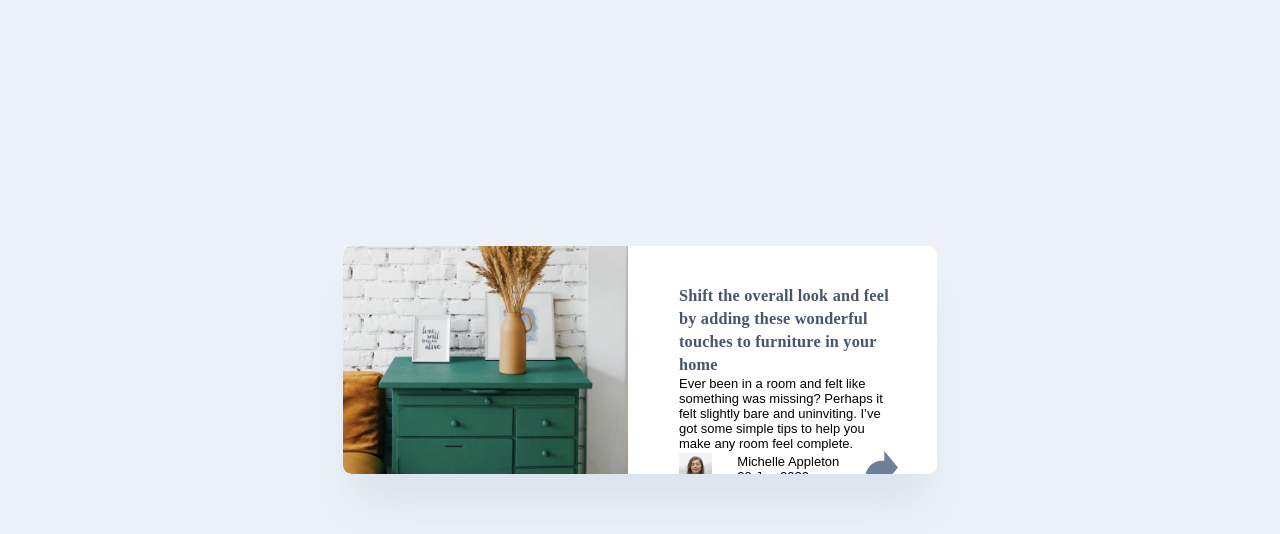
Repository: brandontaylor1/article-preview-component
Page: index.html
An editor plug-in stored every save of this project. The page is shown before and after the next save, followed by the edit.
The browser window is 1280 px wide. The pictures show the whole page.

Above is the page before, as saved 2025-01-13 21:48:40.

After the next save:
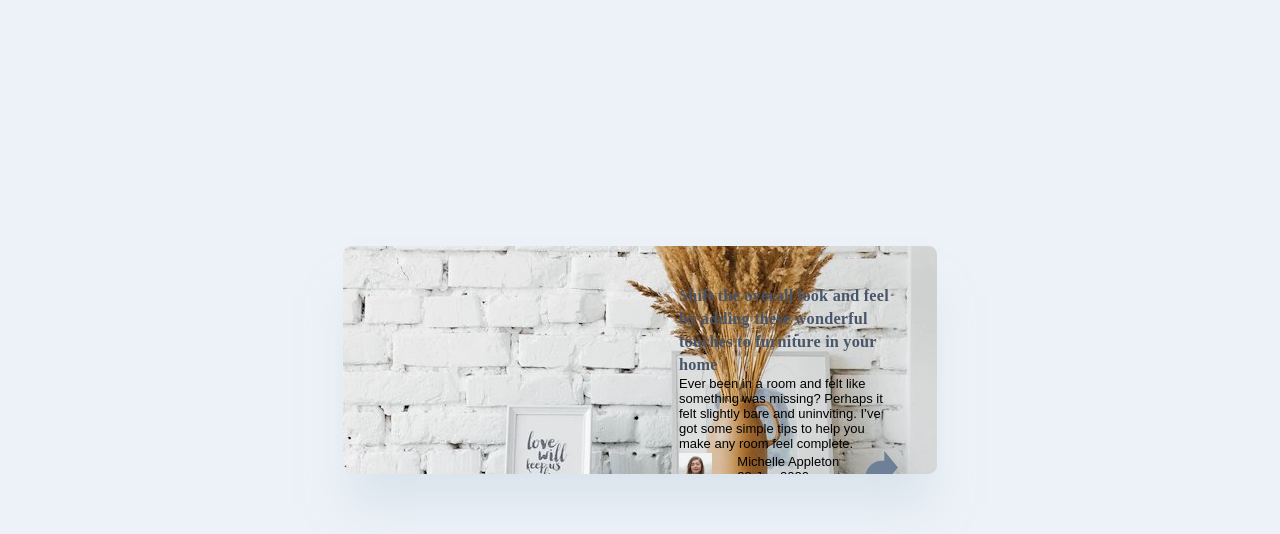
Saved 29 s later.
--- a/styles.css
+++ b/styles.css
@@ -44,13 +44,9 @@ body {
 
 .img-container {
     width: 21.87rem;
+
 }
 
-.img-container img {
-    width: 100%;
-    height: auto;
-    border-radius: 0.625rem 0 0 0.625rem;
-}
 
 .component-content {
     width: 22.8125rem;
